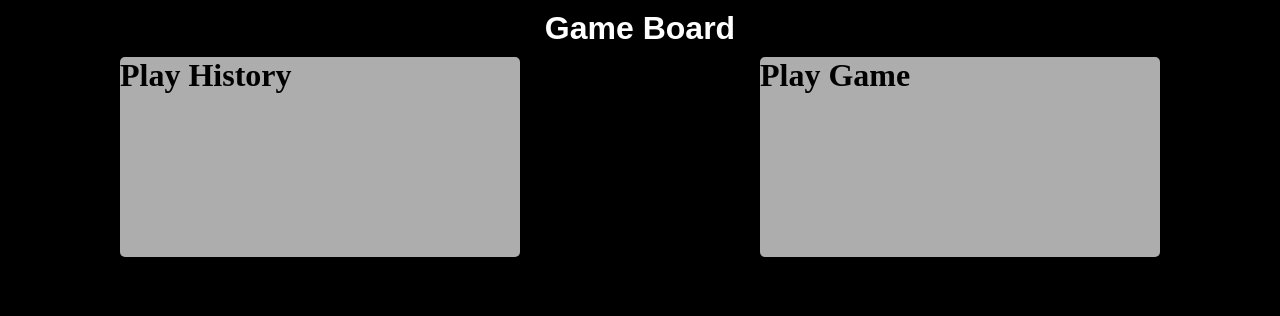
Repository: programmer686/Mastermind-with-Next.js
Page: /, after clicking the first element matching `button.StartScreen_51d34_startscreen__play_button`
The author's editor kept a copy of each file at every save. The page is drawn from the files as they stood at one save, then again after the next save.
The browser window is 1280 px wide. The pictures show the whole page.
The project was rebuilt for these pictures with package versions that can differ from the ones it lists, and the page was loaded fresh each time. The framework's server and built-in components were replaced by stand-ins that run in the browser. Also part of the build but not shown: next.config.js, src/styles/StartScreen.module.css.

Above is the page before, as saved 2023-07-15 19:22:53.

After the next save:
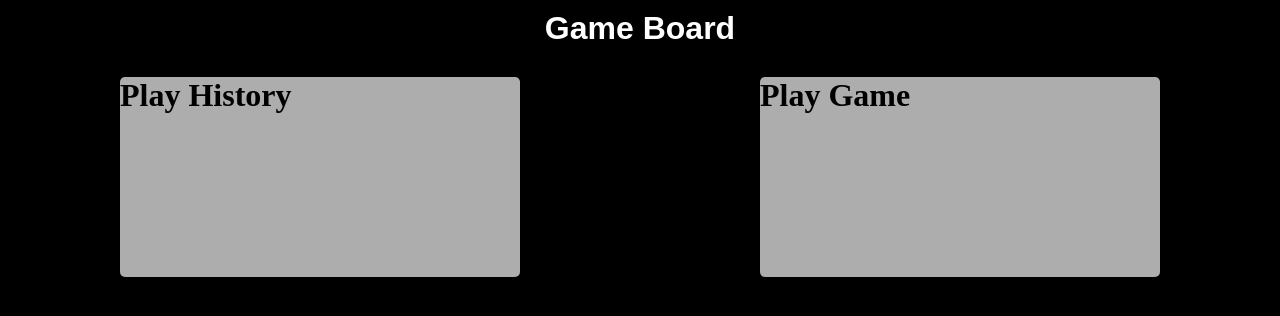
Saved 14 s later.
--- a/src/styles/GameBoard.module.css
+++ b/src/styles/GameBoard.module.css
@@ -6,6 +6,7 @@
 
 .GameBoard__body {
     width: 100%;
+    padding: 20px 0px;
     display: flex;
     justify-content: space-around;
     align-items: center;
